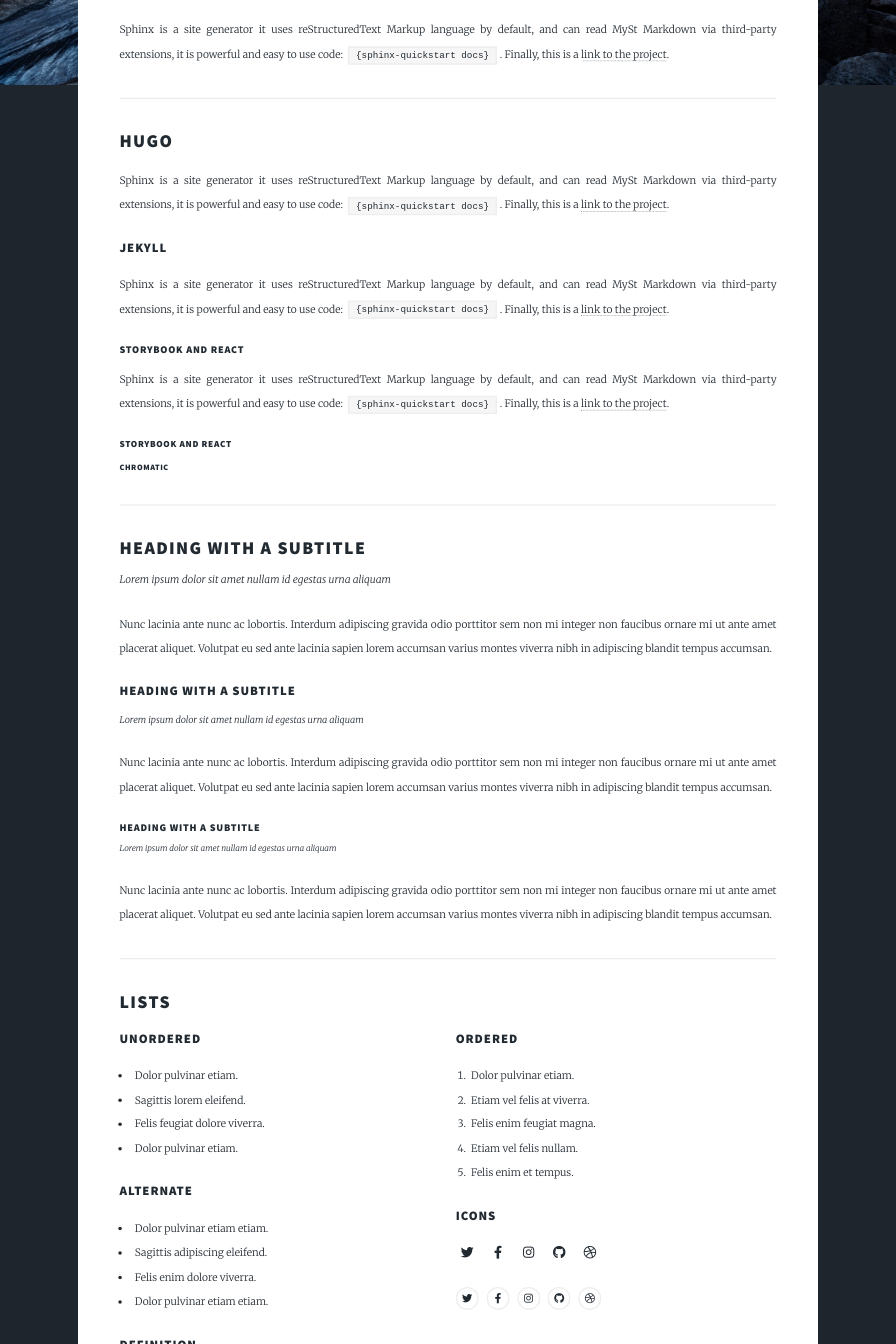
Repository: enlilsudo/Orlando-Portfolio
Page: elements.html
These files come from the project's save history. The page is drawn as it stood at one moment and after the next save; the edit follows.
The browser window is 1280 px wide. The pictures show the part of the page from y = 598 to 2518 px (the page is 9789 px tall before and 9834 px after), at 70% of full size.

Above is the page before, as saved 2023-02-19 12:25:36.

After the next save:
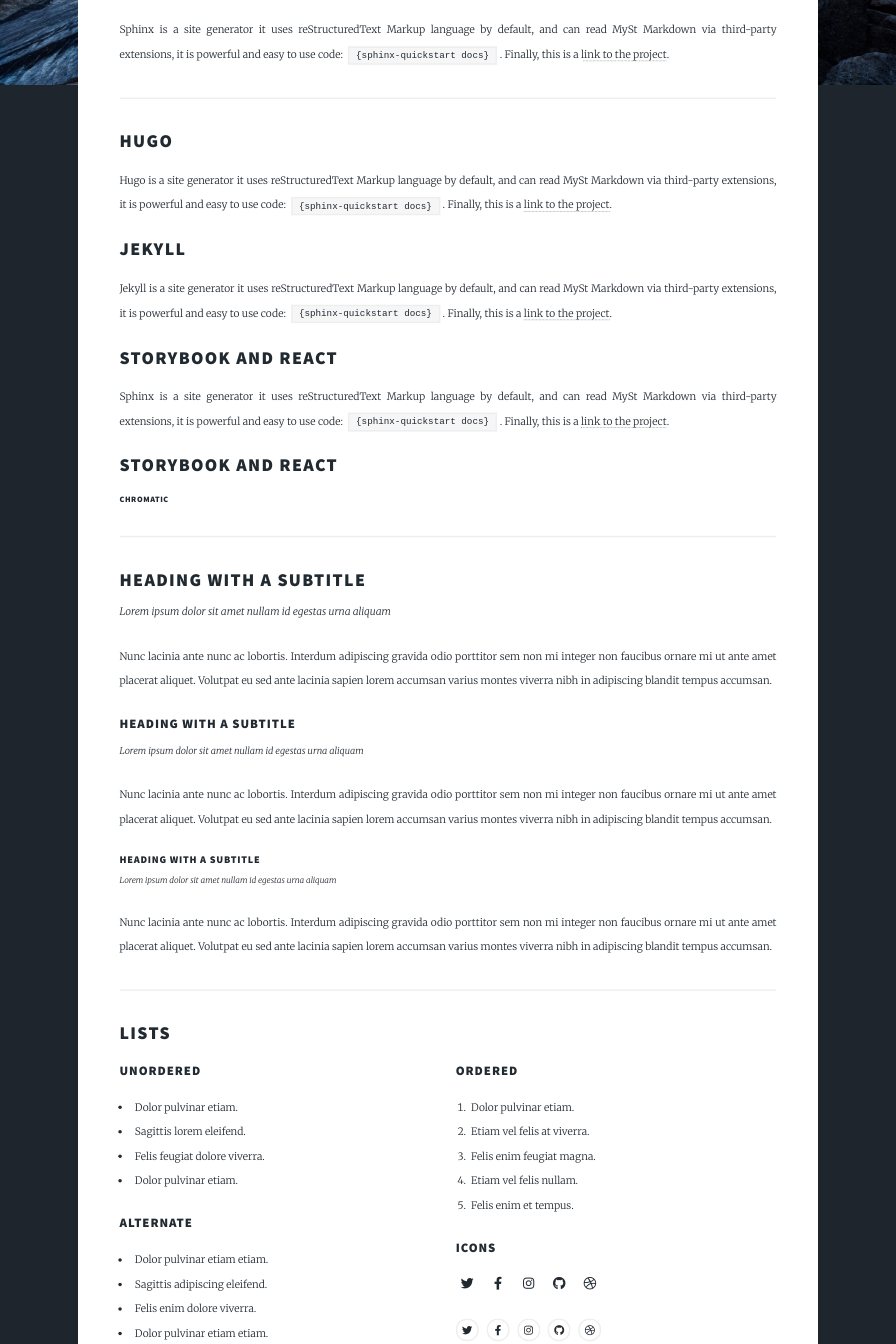
Saved 2 min 39 s later.
--- a/elements.html
+++ b/elements.html
@@ -55,21 +55,21 @@
 									Finally, this is a <a href="https://www.sphinx-doc.org/en/master/#get-started">link to the project</a>.</p>
 									<hr />
 									<h2>Hugo</h2>
+									<p>Hugo is a site generator it uses reStructuredText
+										Markup language by default, and can read MySt Markdown via third-party
+										extensions, it is powerful and easy to use code: <code>{sphinx-quickstart docs}</code>.
+										Finally, this is a <a href="https://www.sphinx-doc.org/en/master/#get-started">link to the project</a>.</p>
+									<h2>Jekyll</h2>
+									<p>Jekyll is a site generator it uses reStructuredText
+										Markup language by default, and can read MySt Markdown via third-party
+										extensions, it is powerful and easy to use code: <code>{sphinx-quickstart docs}</code>.
+										Finally, this is a <a href="https://www.sphinx-doc.org/en/master/#get-started">link to the project</a>.</p>
+									<h2>Storybook and React</h2>
 									<p>Sphinx is a site generator it uses reStructuredText
 										Markup language by default, and can read MySt Markdown via third-party
 										extensions, it is powerful and easy to use code: <code>{sphinx-quickstart docs}</code>.
 										Finally, this is a <a href="https://www.sphinx-doc.org/en/master/#get-started">link to the project</a>.</p>
-									<h3>Jekyll</h3>
-									<p>Sphinx is a site generator it uses reStructuredText
-										Markup language by default, and can read MySt Markdown via third-party
-										extensions, it is powerful and easy to use code: <code>{sphinx-quickstart docs}</code>.
-										Finally, this is a <a href="https://www.sphinx-doc.org/en/master/#get-started">link to the project</a>.</p>
-									<h4>Storybook and React</h4>
-									<p>Sphinx is a site generator it uses reStructuredText
-										Markup language by default, and can read MySt Markdown via third-party
-										extensions, it is powerful and easy to use code: <code>{sphinx-quickstart docs}</code>.
-										Finally, this is a <a href="https://www.sphinx-doc.org/en/master/#get-started">link to the project</a>.</p>
-									<h5>Storybook and React</h5>
+									<h2>Storybook and React</h2>
 									<h6>Chromatic</h6>
 									<hr />
 									<header>
